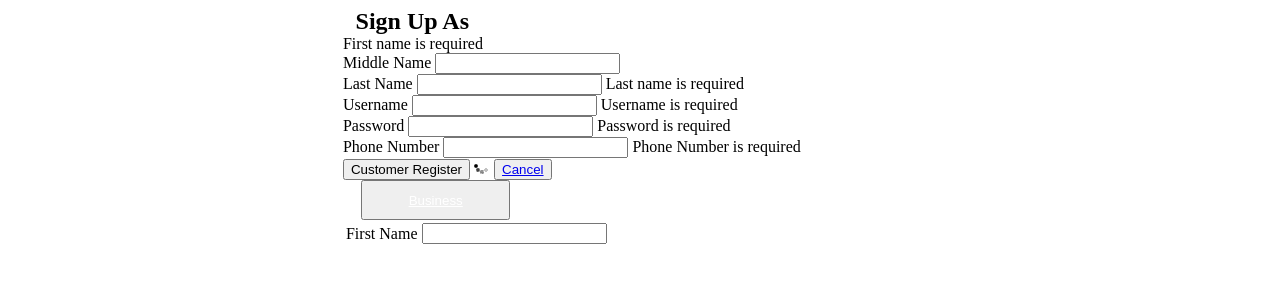
Repository: jsah9105/goandbook
Page: http://localhost/letgetbook/view/signupPage.jsp
An editor plug-in stored every save of this project. The page is shown before and after the next save, followed by the edit.
The browser window is 1280 px wide. The pictures show the whole page.
The page is served by Tomcat 9.

Above is the page before, as saved 2017-01-08 03:39:23.

After the next save:
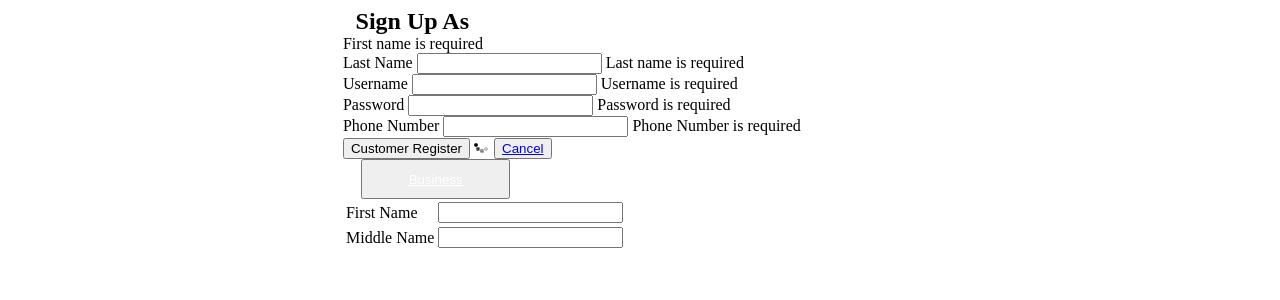
Saved 57 s later.
--- a/letgetbook/src/main/webapp/view/signupPage.jsp
+++ b/letgetbook/src/main/webapp/view/signupPage.jsp
@@ -17,8 +17,10 @@
         </div>
 
         <div class="form-group" >
-            <label for="custMiddleName">Middle Name</label>
-            <input type="text" name="custMiddleName" id="custMiddleName" class="form-control" ng-model="vm.user.custMiddleName"  />
+        <tr>
+         <td>   <label for="custMiddleName">Middle Name</label></td>
+         <td>   <input type="text" name="custMiddleName" id="custMiddleName" class="form-control" ng-model="vm.user.custMiddleName"  /></td>
+        </tr>
         </div>
         <div class="form-group" ng-class="{ 'has-error': form.custLastName.$dirty && form.custLastName.$error.required }">
             <label for="custLastName"> Last Name</label>
